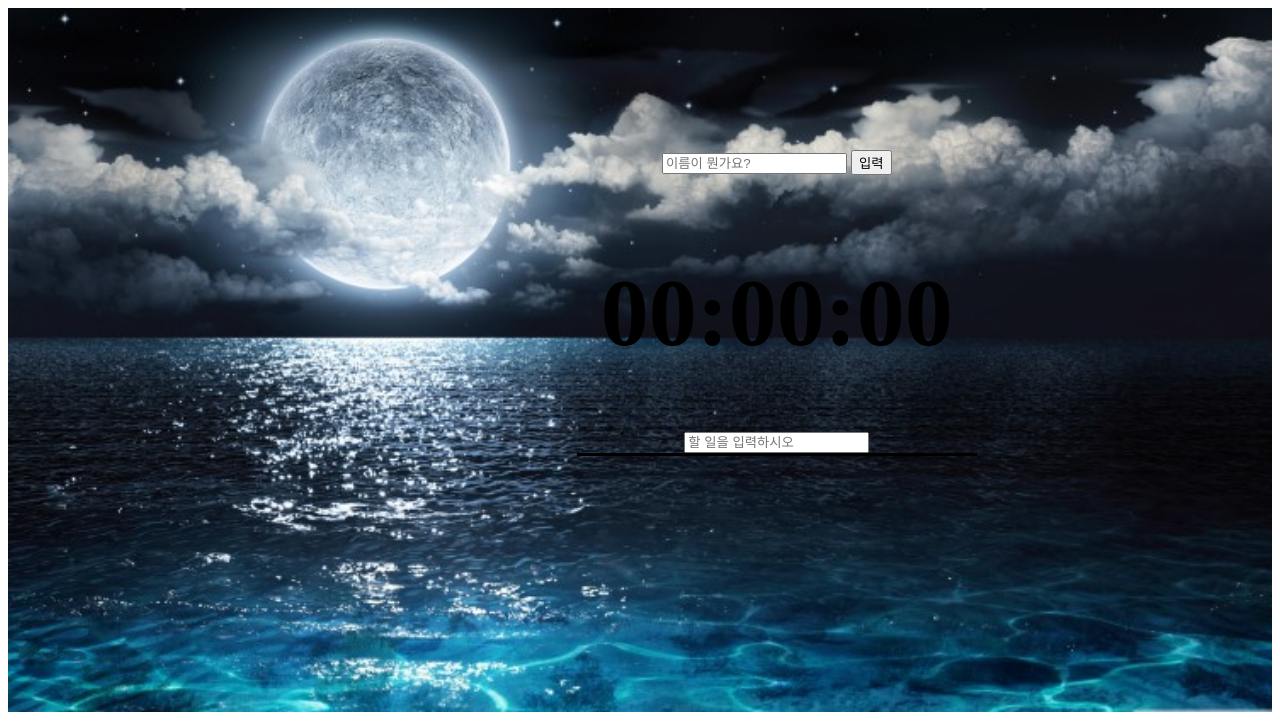
Repository: jun01270/F-E-practice
Page: index.html
An editor plug-in stored every save of this project. The page is shown before and after the next save, followed by the edit.
The browser window is 1280 px wide. The pictures show the whole page.

Above is the page before, as saved 2023-01-09 19:14:49.
Console error: TypeError: Cannot read properties of null (reading 'addEventListener')

After the next save:
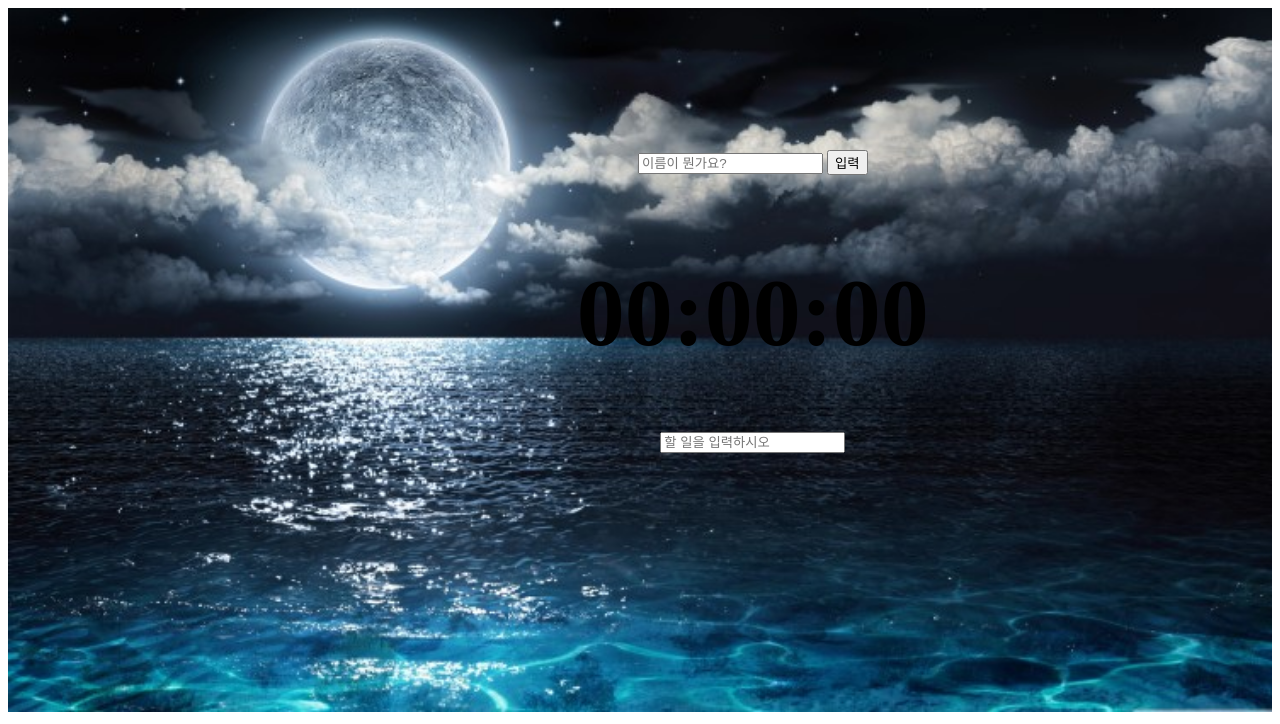
Saved 3 min 1 s later.
--- a/css/style.css
+++ b/css/style.css
@@ -23,7 +23,7 @@ body {
   font-size: 600%;
 }
 
-#todo-form {
+.inputblank {
   width: 400px;
   border-top: none;
   border-left: none;
